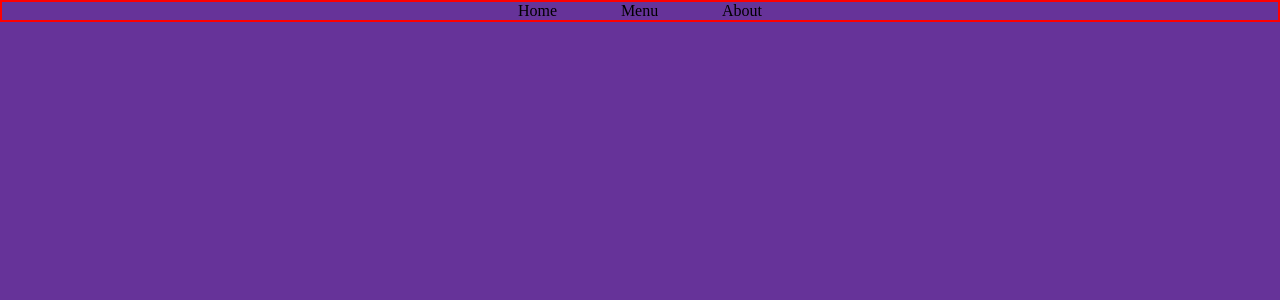
Repository: Dimitris2031/Restaurant-Front-page
Page: / (app in webpack-practice/)
The author's editor kept a copy of each file at every save. The page is drawn from the files as they stood at one save, then again after the next save.
The browser window is 1280 px wide. The pictures show the whole page.
The project was rebuilt for these pictures with package versions that can differ from the ones it lists, and the page was loaded fresh each time. Also part of the build but not shown: webpack-practice/webpack.config.js.

Above is the page before, as saved 2025-09-10 10:30:21.

After the next save:
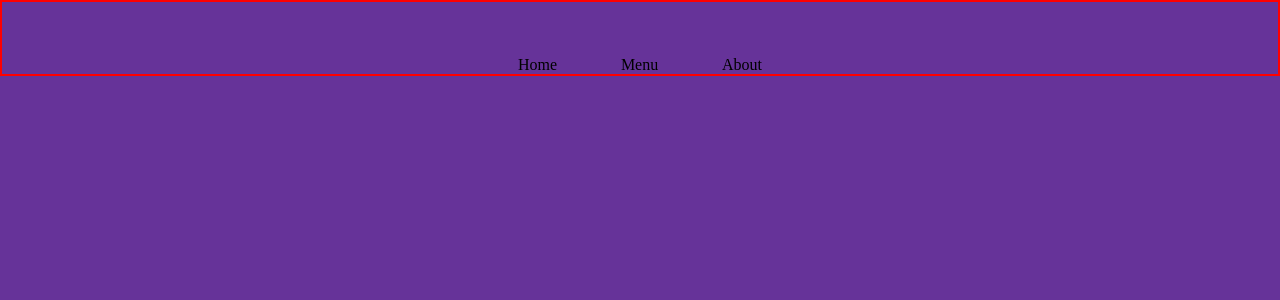
Saved 5 s later.
--- a/webpack-practice/src/styles.css
+++ b/webpack-practice/src/styles.css
@@ -15,5 +15,5 @@ header{
   align-items:end;
   gap: 5%;
   border: 2px solid red;
-  height: 30%;
+  height: 10vh;
 }
